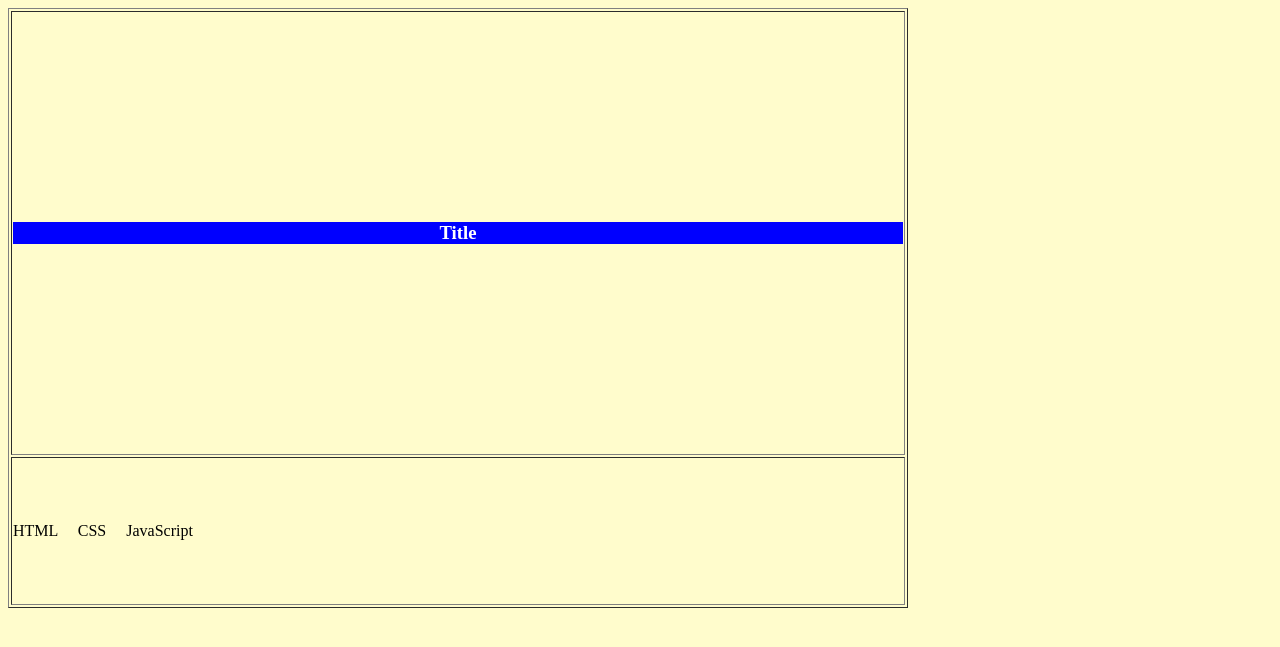
Repository: Hwangjiwon/MultiCampus
Page: http://localhost/2Study/jsp/header.jsp
These files come from the project's save history. The page is drawn as it stood at one moment and after the next save; the edit follows.
The browser window is 1280 px wide. The pictures show the whole page.
The page is served by Tomcat 9.

Above is the page before, as saved 2019-05-31 06:14:59.

After the next save:
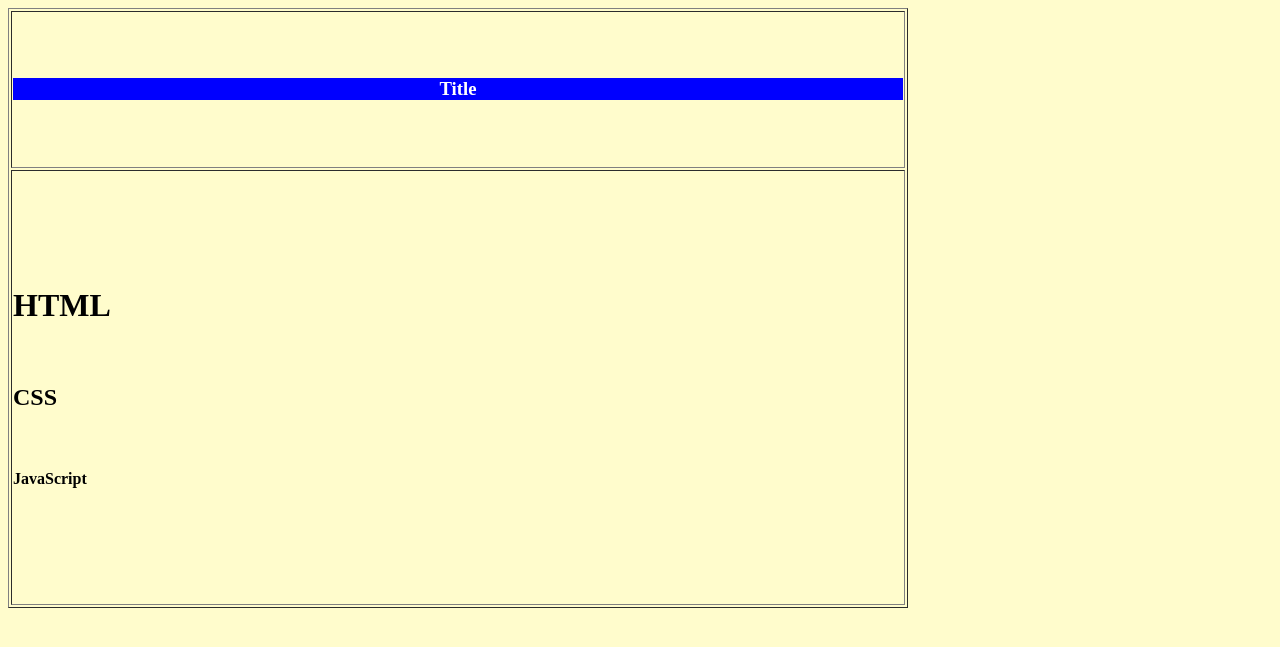
Saved 73 s later.
--- a/2Study/WebContent/jsp/header.jsp
+++ b/2Study/WebContent/jsp/header.jsp
@@ -15,6 +15,6 @@
 			<td colspan="2"><h3>Title</h3></td>
 		</tr>
 		<tr height="5%">
-			<td colspan="2">HTML &nbsp;&nbsp;&nbsp; CSS &nbsp;&nbsp;&nbsp;
-				JavaScript</td>
+			<td colspan="2"><h1> HTML</h1> &nbsp;&nbsp;&nbsp; <h2> CSS</h2> &nbsp;&nbsp;&nbsp;
+				<h4>JavaScript</h4></td>
 		</tr>
